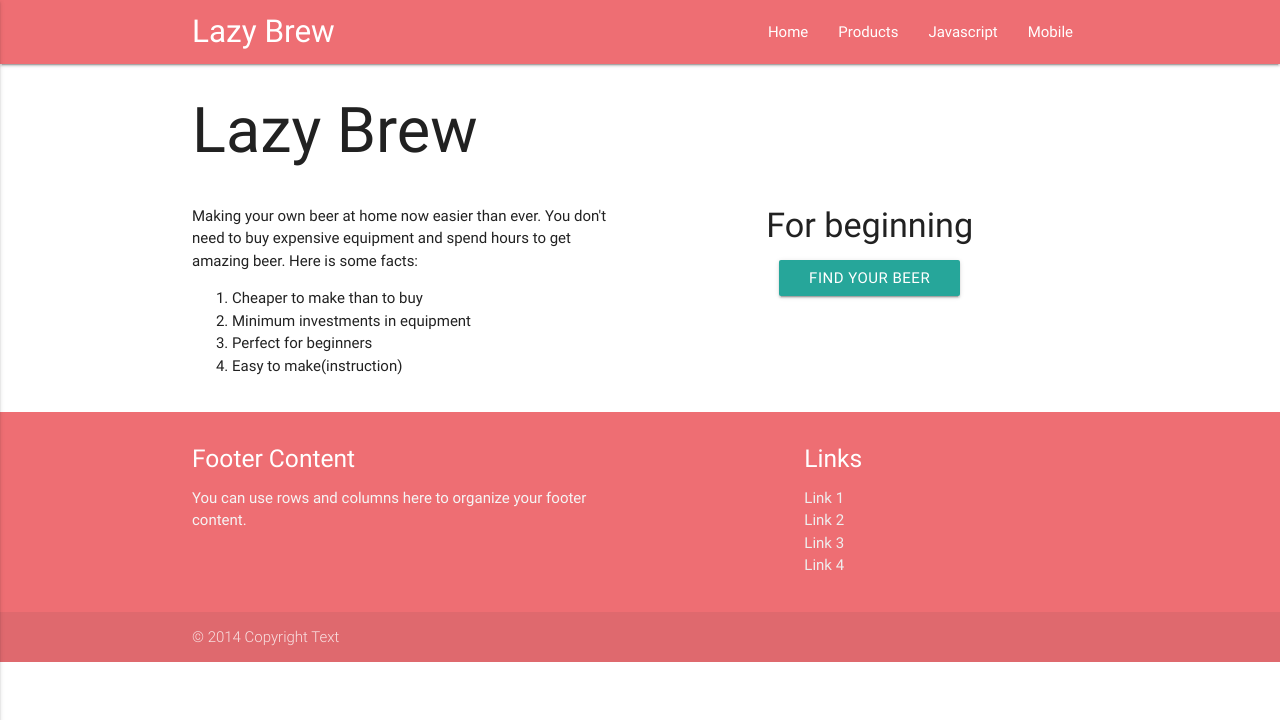
Repository: Leon2ev/lazy-brew
Page: http://localhost/
The author's editor kept a record of every edit. The page is drawn from the files as they stood at one moment, then again after the next edit.
The browser window is 1280 px wide. The pictures show the whole page.
Some web libraries are served in a nearby version. The page is served by the project's application, run on Flask 3 (app.py). Queries for data that is not in the repository find no rows.

Above is the page before.

After the next edit:
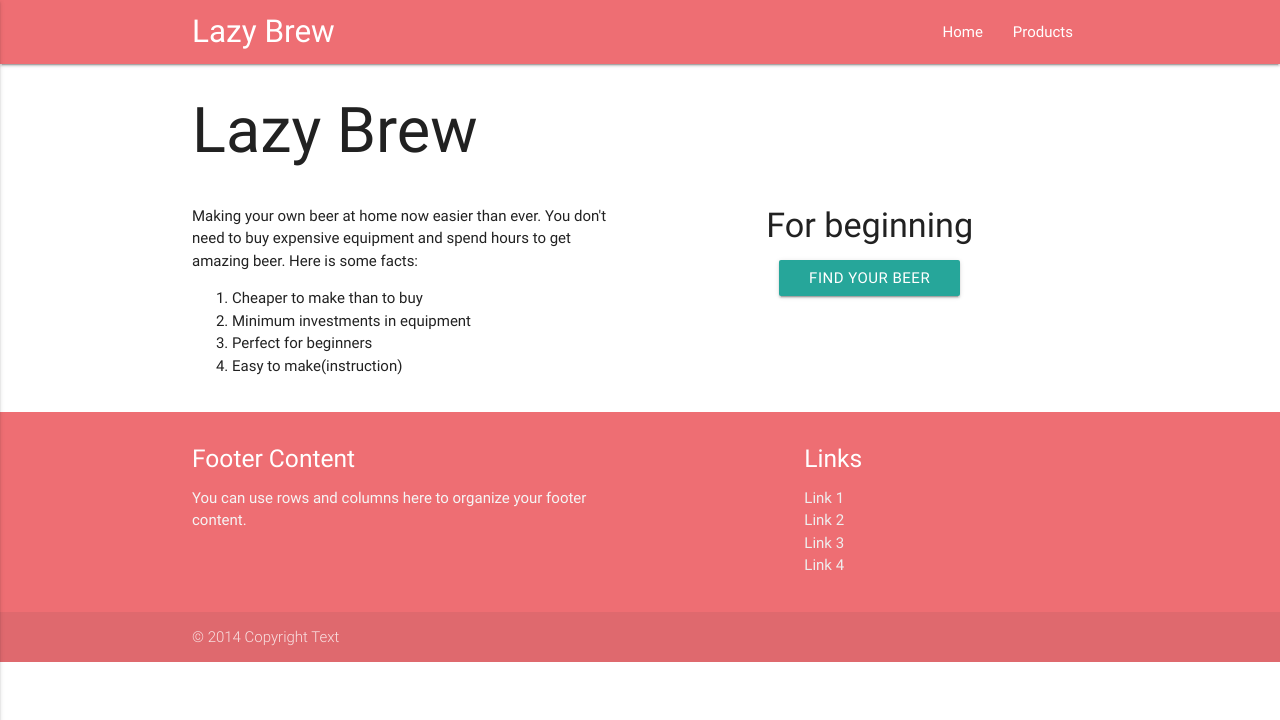
The edit:
--- a/templates/base.html
+++ b/templates/base.html
@@ -12,25 +12,22 @@
         <link rel="stylesheet" href="{{url_for('static', filename='css/style.css')}}" type="text/css">
     </head>
     <header>
-            <nav>
-                <div class="container nav-wrapper">
-                    <a href="{{url_for('home_page')}}" class="brand-logo">Lazy Brew</a>
-                    <a href="#" data-activates="mobile-demo" class="button-collapse"><i class="material-icons">menu</i></a>
-                <ul class="right hide-on-med-and-down">
-                    <li><a href="{{url_for('home_page')}}">Home</a></li>
-                    <li><a href="{{url_for('get_products')}}">Products</a></li>
-                    <li><a href="collapsible.html">Javascript</a></li>
-                    <li><a href="mobile.html">Mobile</a></li>
-                </ul>
-                <ul class="side-nav" id="mobile-demo">
-                    <li><a href="index.html">Home</a></li>
-                    <li><a href="products.html">Products</a></li>
-                    <li><a href="collapsible.html">Javascript</a></li>
-                    <li><a href="mobile.html">Mobile</a></li>
-                </ul>
-                </div>
-            </nav>
-        </div>
+        <nav>
+            <div class="container nav-wrapper">
+                <a href="{{url_for('home_page')}}" class="brand-logo">Lazy Brew</a>
+                <a href="#" data-activates="mobile-demo" class="button-collapse"><i class="material-icons">menu</i></a>
+            <ul class="right hide-on-med-and-down">
+                <li><a href="{{url_for('home_page')}}">Home</a></li>
+                <li><a href="{{url_for('get_products')}}">Products</a></li>
+            </ul>
+            <ul class="side-nav" id="mobile-demo">
+                <li><a href="index.html">Home</a></li>
+                <li><a href="products.html">Products</a></li>
+                <li><a href="collapsible.html">Javascript</a></li>
+                <li><a href="mobile.html">Mobile</a></li>
+            </ul>
+            </div>
+        </nav>
     </header>
     <body>
         {% block content %}{% endblock %}
